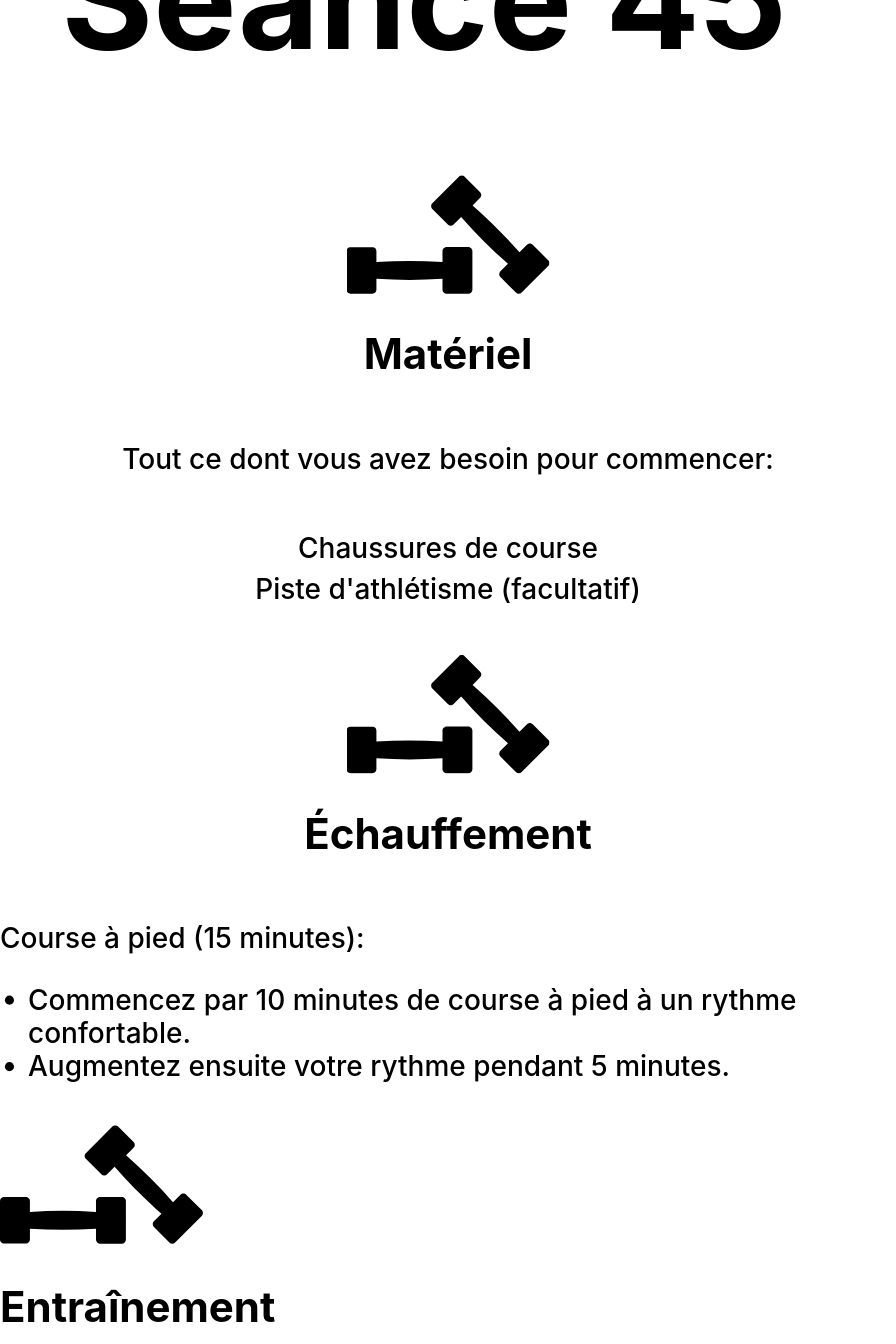
Repository: AdilGHAZAL/MosaiqueWebdoc
Page: /
An editor plug-in stored every save of this project. The page is shown before and after the next save, followed by the edit.
The browser window is 1280 px wide. The pictures show the part of the page from y = 456 to 2376 px (the page is 3948 px tall before and 3786 px after), at 70% of full size.
Some web fonts or font styles are not loaded; a fallback is used. The project was rebuilt for these pictures with package versions that can differ from the ones it lists, and the page was loaded fresh each time. Also part of the build but not shown: vite.config.js, src/App.css, src/components/Navbar.css, src/components/Navbar.jsx, src/components/Athletes.css, src/components/Athletes.jsx, src/components/Athletes2.jsx, src/components/Athletes3.jsx and 18 more.

Above is the page before, as saved 2024-05-02 17:58:41.

After the next save:
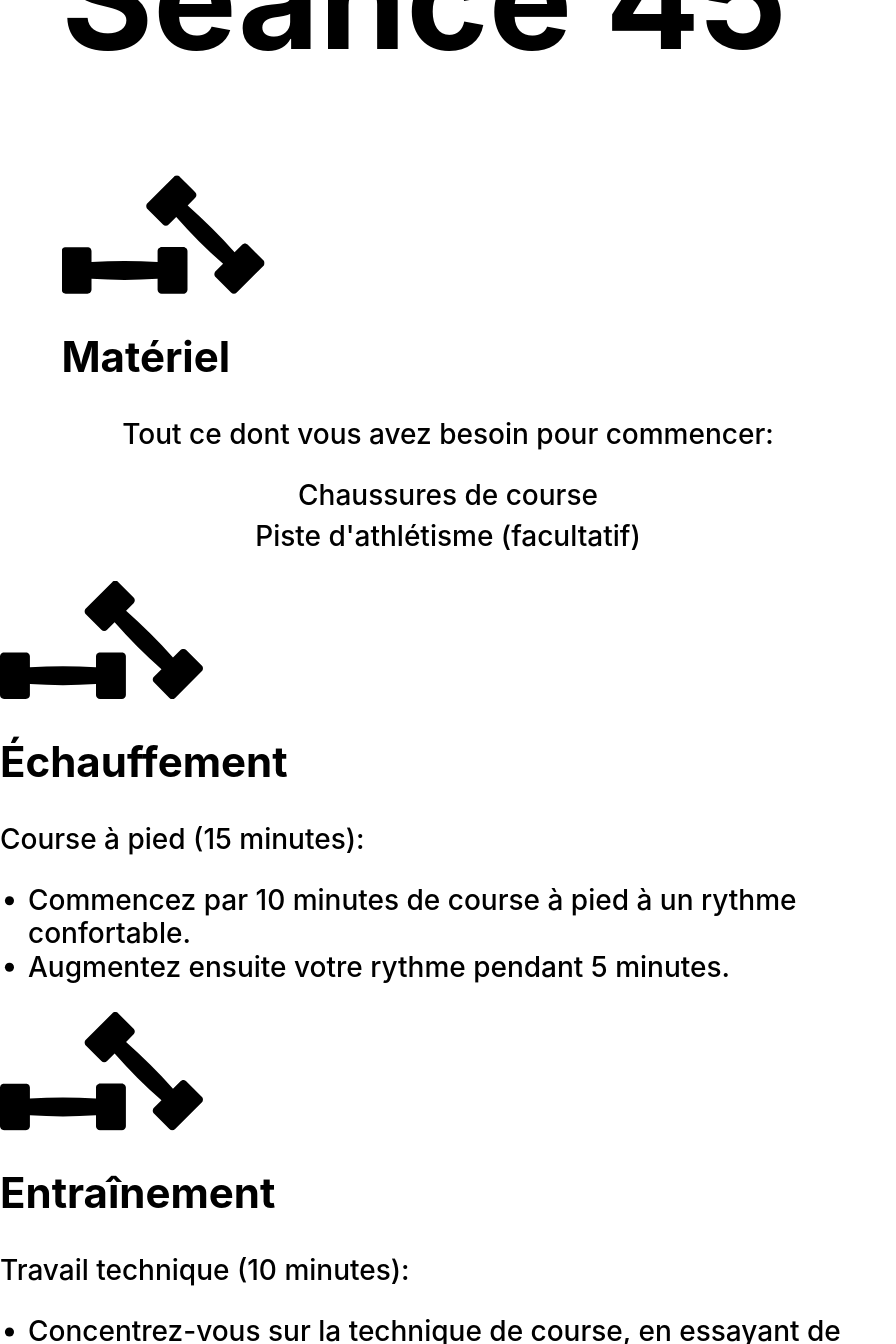
Saved 15 min 59 s later.
--- a/src/TrainingPage.css
+++ b/src/TrainingPage.css
@@ -96,10 +96,3 @@
 }
 
 /* Centering except for specific div elements */
-.containerTraining > div:not(.sectionTraining):not(.sectionAdvice) {
-    display: flex;
-    align-items: center;
-    justify-content: center;
-    flex-direction: column;
-    margin-bottom: 20px; /* Adjust margin as needed */
-}
